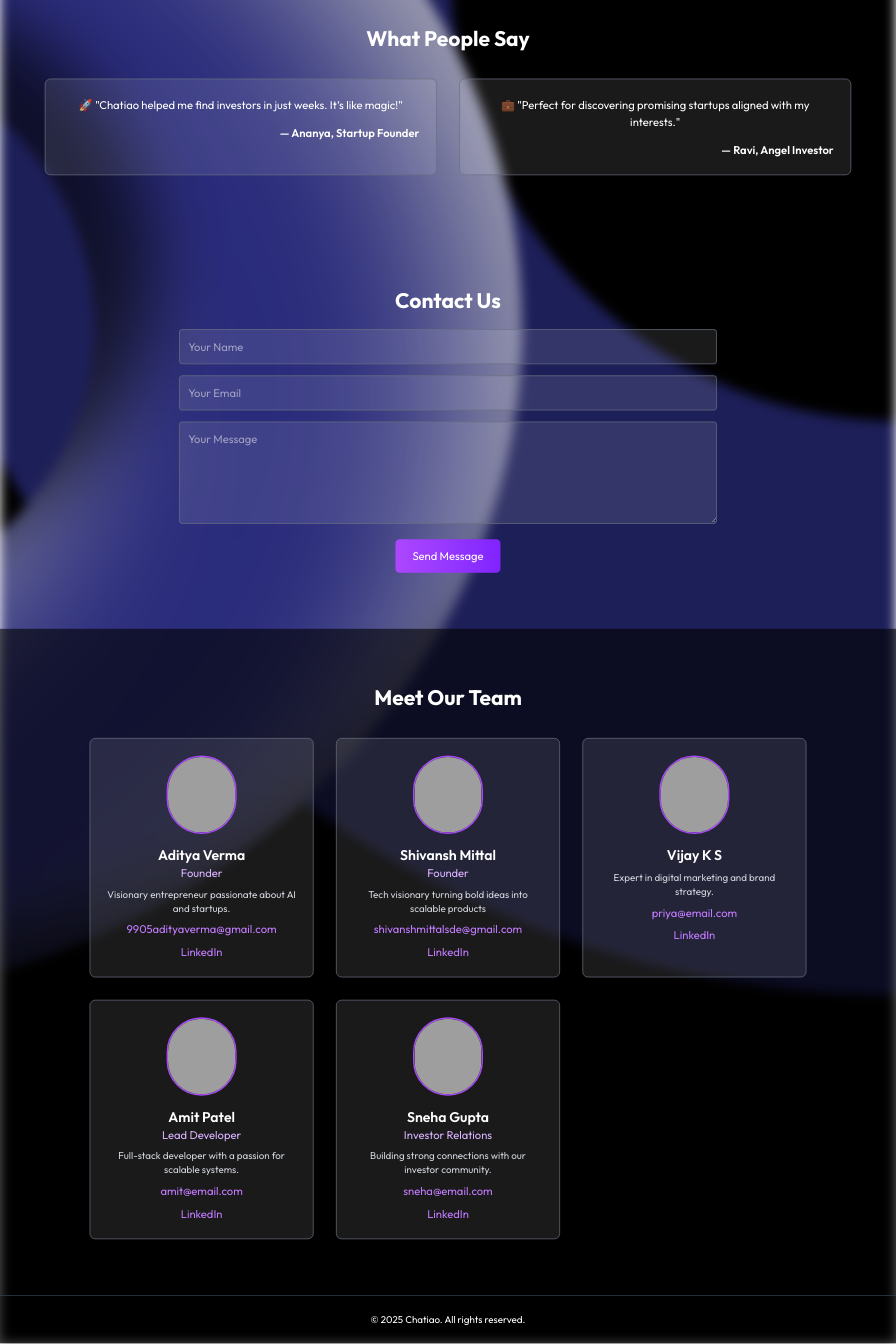
Repository: ishivxnshh/AI-Based-Investor-Startup-Matchmaking-Platform
Page: / (app in client/)
The author's editor kept a copy of each file at every save. The page is drawn from the files as they stood at one save, then again after the next save.
The browser window is 1280 px wide. The pictures show the part of the page from y = 1645 to 3565 px (the page is 3565 px tall), at 70% of full size.
Pictures or frames that could not be fetched are drawn as grey boxes. The project was rebuilt for these pictures with package versions that can differ from the ones it lists, and the page was loaded fresh each time. Also part of the build but not shown: client/vite.config.js, client/src/components/ProtectedRoute.jsx, client/src/components/AuthLayout.jsx, client/src/pages/Login.jsx, client/src/pages/Signup.jsx, client/src/pages/InvestorForm.jsx, client/src/pages/Matches.jsx, client/src/lib/util.js and 10 more.

Above is the page before, as saved 2025-07-17 21:01:48.

### client/index.html
<!doctype html>
<html lang="en">
  <head>
    <meta charset="UTF-8" />
    <link rel="icon" type="image/svg+xml" href="/favicon.svg" />
    <meta name="viewport" content="width=device-width, initial-scale=1.0" />
    <title>Chatiao</title>
  </head>
  <body>
    <div id="root"></div>
    <script type="module" src="/src/main.jsx"></script>
  </body>
</html>

### client/src/main.jsx
import { createRoot } from 'react-dom/client'
import './index.css'
import App from './App.jsx'
import {BrowserRouter} from 'react-router-dom';

createRoot(document.getElementById('root')).render(
  <BrowserRouter>
    <App />
  </BrowserRouter>,
)

### client/src/App.jsx
import Routing from './Routing'

const App = () => {
  return <Routing />
}

export default App

### client/src/Routing.jsx
import { Routes, Route } from 'react-router-dom'
import ProtectedRoute from './components/ProtectedRoute'

// Import all page components
import LandingPage from './pages/LandingPage'
import Login from './pages/Login'
import Register from './pages/Signup'
import StartupForm from './pages/StartupForm'
import InvestorForm from './pages/InvestorForm'
import Matches from './pages/Matches'
import ChatPage from './pages/ChatPage'
import StartupDashboard from './pages/StartupDashboard'
import InvestorDashboard from './pages/InvestorDashboard'
import StartupsSearch from './pages/StartupsSearch'
import InvestorProfileSettings from './pages/InvestorProfileSettings'
import StartupsDetails from './pages/StartupsDetails'

const Routing = () => {
  return (
    <Routes>
      <Route path="/" element={<LandingPage />} />
      <Route path="/login" element={<Login />} />
      <Route path="/register" element={<Register />} />
      <Route path="/startup-form" element={<StartupForm />} />
      <Route path="/investor-form" element={<InvestorForm />} />

      {/* Protected routes */}
      <Route element={<ProtectedRoute role="startup" />}>
        <Route path="/startup-dashboard" element={<StartupDashboard />} />
      </Route>

      <Route element={<ProtectedRoute role="investor" />}>
        <Route path="/investor-dashboard" element={<InvestorDashboard />} />
        <Route path="/investor-profile-settings" element={<InvestorProfileSettings />} />
      </Route>

      {/* Common protected routes */}
      <Route path="/matches" element={<Matches />} />
      <Route path="/chat" element={<ChatPage />} />
      <Route path="/startupssearch" element={<StartupsSearch />} />
      <Route path="/startupsdetails/:id" element={<StartupsDetails />} />
    </Routes>
  )
}

export default Routing

### client/src/pages/LandingPage.jsx
import React from 'react'
import { useNavigate } from 'react-router-dom'
import assets from '../assets/assets'

const LandingPage = () => {
  const navigate = useNavigate()

  return (
    <div className="relative min-h-screen w-full overflow-hidden text-white flex flex-col">
      {/* Background Layer */}
      <div className="absolute inset-0 bg-[url('/src/assets/bgImage.svg')] bg-repeat-y bg-cover bg-center blur-sm brightness-75"></div>

      {/* Main Content */}
      <div className="relative z-10 flex-1 w-full">
        {/* Navbar */}
        <header className="flex justify-between items-center px-6 py-4 max-w-7xl mx-auto">
          <div className="flex items-center gap-2">
            <img src={assets.logo} alt="Logo" className="w-10 h-10" />
            <span className="text-2xl font-bold">Chatiao</span>
          </div>
          <nav className="flex items-center gap-6 text-sm font-medium">
            <button onClick={() => navigate('/login')} className="hover:text-purple-300 cursor-pointer">Login</button>
            <button
              onClick={() => navigate('/register')}
              className="bg-gradient-to-r from-purple-500 to-violet-600 px-4 py-2 rounded-md text-white cursor-pointer"
            >
              Get Started
            </button>
          </nav>
        </header>

        {/* Hero Section */}
        <section className="flex flex-col items-center justify-center text-center py-24 px-4 max-w-4xl mx-auto">
          <h1 className="text-4xl sm:text-5xl font-bold leading-tight">
            Connecting Innovative Startups <br /> with Visionary Investors
          </h1>
          <p className="mt-6 text-gray-300 text-lg">
            Discover funding opportunities or invest in groundbreaking ideas through our intelligent matchmaking platform.
          </p>
          <div className="mt-8 flex flex-col sm:flex-row gap-4">
            <button
              onClick={() => navigate('/register')}
              className="bg-gradient-to-r from-purple-500 to-violet-600 px-6 py-3 rounded-md font-medium"
            >
              Join Now
            </button>
            <button
              onClick={() => navigate('/login')}
              className="border border-gray-400 px-6 py-3 rounded-md font-medium"
            >
              Login
            </button>
            <a
              href="#contact-team"
              className="border border-purple-500 text-purple-300 px-6 py-3 rounded-md font-medium hover:bg-purple-500 hover:text-white transition"
            >
              Contact
            </a>
          </div>
        </section>

        {/* AI-based Investor & Startup Previous Meet Section */}
        <section className="flex flex-col items-center justify-center py-12 px-4 max-w-4xl mx-auto">
          <h2 className="text-2xl sm:text-3xl font-bold mb-4 text-center">AI-Powered Investor & Startup Connections</h2>
          <p className="text-gray-300 text-center mb-6 max-w-2xl">
            Our platform has already facilitated impactful meetings between visionary investors and innovative startups. Here’s a glimpse of how AI brings people together for the future of entrepreneurship.
          </p>
          <div className="grid grid-cols-1 sm:grid-cols-2 gap-6 items-center justify-center w-full">
            <div className="flex flex-col items-center">
              <img
                src="https://images.unsplash.com/photo-1506744038136-46273834b3fb?auto=format&fit=crop&w=800&q=80"
                alt="AI-based Investor and Startup Meeting"
                className="rounded-lg shadow-lg w-full max-w-xs border-4 border-purple-500"
                style={{objectFit: 'cover', height: '220px'}}
              />
              <span className="text-xs text-gray-400 mt-2">Investor and Startup handshake (AI-generated)</span>
            </div>
            <div className="flex flex-col items-center">
              <img
                src="https://img.freepik.com/premium-photo/diverse-business-team-collaborating-modern-office_875825-52442.jpg"
                alt="Startup Team Collaboration"
                className="rounded-lg shadow-lg w-full max-w-xs border-4 border-purple-500"
                style={{objectFit: 'cover', height: '220px'}}
              />
              <span className="text-xs text-gray-400 mt-2">Startup team collaborating with investor </span>
            </div>
            <div className="flex flex-col items-center">
              <img
                src="https://images.unsplash.com/photo-1461749280684-dccba630e2f6?auto=format&fit=crop&w=800&q=80"
                alt="Pitch Presentation"
                className="rounded-lg shadow-lg w-full max-w-xs border-4 border-purple-500"
                style={{objectFit: 'cover', height: '220px'}}
              />
              <span className="text-xs text-gray-400 mt-2">Pitching ideas to investors</span>
            </div>
            <div className="flex flex-col items-center">
              <img
                src="https://images.unsplash.com/photo-1521737852567-6949f3f9f2b5?auto=format&fit=crop&w=800&q=80"
                alt="Investor Discussion"
                className="rounded-lg shadow-lg w-full max-w-xs border-4 border-purple-500"
                style={{objectFit: 'cover', height: '220px'}}
              />
              <span className="text-xs text-gray-400 mt-2">Investors discussing with startup founders </span>
            </div>
          </div>
        </section>

        {/* About Section */}
        <section id="about" className="px-4 py-20 flex justify-center">
          <div className="max-w-4xl w-full text-center">
            <h2 className="text-3xl font-bold mb-4">About Us</h2>
            <p className="text-gray-300 leading-relaxed text-lg">
              Our platform bridges the gap between visionaries with brilliant startup ideas and investors
              who are looking to fund the next big innovation. With an intuitive AI-based matchmaking system,
              Chatiao personalizes connections and accelerates the startup journey.
            </p>
          </div>
        </section>

        {/* Testimonials Section */}
        <section id="testimonials" className="px-4 py-20 flex justify-center">
          <div className="max-w-6xl w-full text-center">
            <h2 className="text-3xl font-bold mb-10">What People Say</h2>
            <div className="grid md:grid-cols-2 gap-8">
              <div className="bg-white/10 p-6 rounded-lg border border-gray-500">
                <p className="text-md">🚀 "Chatiao helped me find investors in just weeks. It’s like magic!"</p>
                <p className="mt-4 font-semibold text-right">— Ananya, Startup Founder</p>
              </div>
              <div className="bg-white/10 p-6 rounded-lg border border-gray-500">
                <p className="text-md">💼 "Perfect for discovering promising startups aligned with my interests."</p>
                <p className="mt-4 font-semibold text-right">— Ravi, Angel Investor</p>
              </div>
            </div>
          </div>
        </section>

        {/* Contact Section */}
        <section id="contact" className="px-4 py-20 flex justify-center">
          <div className="max-w-3xl w-full text-center">
            <h2 className="text-3xl font-bold mb-6">Contact Us</h2>
            <form className="space-y-4">
              <input
                type="text"
                placeholder="Your Name"
                className="w-full p-3 rounded bg-white/10 border border-gray-500 text-white focus:outline-none"
              />
              <input
                type="email"
                placeholder="Your Email"
                className="w-full p-3 rounded bg-white/10 border border-gray-500 text-white focus:outline-none"
              />
              <textarea
                placeholder="Your Message"
                rows={5}
                className="w-full p-3 rounded bg-white/10 border border-gray-500 text-white focus:outline-none"
              />
              <button type="submit" className="bg-gradient-to-r from-purple-500 to-violet-600 px-6 py-3 rounded-md">
                Send Message
              </button>
            </form>
          </div>
        </section>

        {/* Contact Team Section */}
        <section id="contact-team" className="px-4 py-20 flex justify-center bg-black/60">
          <div className="max-w-5xl w-full text-center">
            <h2 className="text-3xl font-bold mb-10">Meet Our Team</h2>
            <div className="grid grid-cols-1 sm:grid-cols-2 md:grid-cols-3 gap-8 justify-items-center">
              <div className="bg-white/10 p-6 rounded-lg border border-gray-500 w-full max-w-xs">
                <img src="https://i.ibb.co/PzgvcL73/IMG-20250717-WA0017.jpg" alt="Aditya Verma" className="w-25 h-28 rounded-full mx-auto mb-4 border-2 border-purple-500" />
                <h3 className="text-xl font-semibold">Aditya Verma</h3>
                <p className="text-purple-300">Founder</p>
                <p className="text-gray-300 text-sm mt-2">Visionary entrepreneur passionate about AI and startups.</p>
                <a href="mailto:9905adityaverma@gmail.com" className="text-purple-400 hover:underline mt-2 block">9905adityaverma@gmail.com</a>
                <a href="https://www.linkedin.com/in/aditya-verma-2a3915289/" className="text-purple-400 hover:underline mt-2 block">LinkedIn</a>
              </div>
              <div className="bg-white/10 p-6 rounded-lg border border-gray-500 w-full max-w-xs">
                <img src="https://randomuser.me/api/portraits/men/45.jpg" alt="Shivansh Mittal" className="w-25 h-28 rounded-full mx-auto mb-4 border-2 border-purple-500" />
                <h3 className="text-xl font-semibold">Shivansh Mittal</h3>
                <p className="text-purple-300">Founder</p>
                <p className="text-gray-300 text-sm mt-2">Tech visionary turning bold ideas into scalable products</p>
                <a href="mailto:shivanshmittalsde@gmail.com" className="text-purple-400 hover:underline mt-2 block">shivanshmittalsde@gmail.com</a>
                <a href="https://www.linkedin.com/in/ishivxnshh " className="text-purple-400 hover:underline mt-2 block">LinkedIn</a>
              </div>
              <div className="bg-white/10 p-6 rounded-lg border border-gray-500 w-full max-w-xs">
                <img src="https://randomuser.me/api/portraits/women/68.jpg" alt="Priya Singh" className="w-25 h-28 rounded-full mx-auto mb-4 border-2 border-purple-500" />
                <h3 className="text-xl font-semibold">Vijay K S</h3>
                <p className="text-purple-300"></p>
                <p className="text-gray-300 text-sm mt-2">Expert in digital marketing and brand strategy.</p>
                <a href="mailto:priya@email.com" className="text-purple-400 hover:underline mt-2 block">priya@email.com</a>
                <a href="https://www.linkedin.com/in/aditya-verma-2a3915289/" className="text-purple-400 hover:underline mt-2 block">LinkedIn</a>
              </div>
              <div className="bg-white/10 p-6 rounded-lg border border-gray-500 w-full max-w-xs">
                <img src="https://randomuser.me/api/portraits/men/77.jpg" alt="Amit Patel" className="w-25 h-28 rounded-full mx-auto mb-4 border-2 border-purple-500" />
                <h3 className="text-xl font-semibold">Amit Patel</h3>
                <p className="text-purple-300">Lead Developer</p>
                <p className="text-gray-300 text-sm mt-2">Full-stack developer with a passion for scalable systems.</p>
                <a href="mailto:amit@email.com" className="text-purple-400 hover:underline mt-2 block">amit@email.com</a>
                <a href="https://www.linkedin.com/in/aditya-verma-2a3915289/" className="text-purple-400 hover:underline mt-2 block">LinkedIn</a>
              </div>
              <div className="bg-white/10 p-6 rounded-lg border border-gray-500 w-full max-w-xs">
                <img src="https://randomuser.me/api/portraits/women/12.jpg" alt="Sneha Gupta" className="w-25 h-28 rounded-full mx-auto mb-4 border-2 border-purple-500" />
                <h3 className="text-xl font-semibold">Sneha Gupta</h3>
                <p className="text-purple-300">Investor Relations</p>
                <p className="text-gray-300 text-sm mt-2">Building strong connections with our investor community.</p>
                <a href="mailto:sneha@email.com" className="text-purple-400 hover:underline mt-2 block">sneha@email.com</a>
                <a href="https://www.linkedin.com/in/aditya-verma-2a3915289/" className="text-purple-400 hover:underline mt-2 block">LinkedIn</a>
              </div>
            </div>
          </div>
        </section>
      </div>

      {/* Footer */}
      <footer className="text-center text-sm py-6 bg-black/70 border-t border-gray-700 relative z-10">
        © {new Date().getFullYear()} Chatiao. All rights reserved.
      </footer>
    </div>
  )
}

export default LandingPage

### client/server/models/StartupForm.js
import mongoose from 'mongoose';

const StartupFormSchema = new mongoose.Schema({
  userId: { type: mongoose.Schema.Types.ObjectId, ref: 'User', required: true },
  startupName: String,
  websiteUrl: String,
  founderNames: String,
  email: String,
  phone: String,
  linkedinProfiles: String,
  numberOfFounders: String,
  teamSize: String,
  founderBackground: String,
  previousStartupExperience: Boolean,
  teamSkills: [String],
  industry: [String],
  problemStatement: String,
  productDescription: String,
  businessModel: String,
  techStack: String,
  startupStage: String,
  monthlyRevenue: String,
  activeUsers: String,
  fundingRaised: String,
  customerRetention: String,
  growthRate: String,
  fundingAmount: String,
  useOfFunds: [String],
  fundingRoundType: String,
  equityOffering: String,
  headquarters: String,
  operatingMarkets: [String],
  expansionPlan: String,
  createdAt: { type: Date, default: Date.now }
});

export default mongoose.model('StartupForm', StartupFormSchema);

### client/src/assets/assets.js
import avatar_icon from './avatar_icon.png'
import gallery_icon from './gallery_icon.svg'
import help_icon from './help_icon.png'
import logo from './logo.svg'
import profile_richard from './profile_richard.png'
import search_icon from './search_icon.png'
import send_button from './send_button.svg'
import menu_icon from './menu_icon.png'
import arrow_icon from './arrow_icon.png'
import bgImage from './bgImage.svg'
import pic1 from './pic1.png'
import pic2 from './pic2.png'
import pic3 from './pic3.png'
import pic4 from './pic4.png'
import img1 from './img1.jpg'
import img2 from './img2.jpg'
import chat_icon from './chat_icon.svg'

const assets = {
    avatar_icon,
    gallery_icon,
    help_icon,
    logo,
    search_icon,
    send_button,
    menu_icon,
    arrow_icon,
    bgImage,
    profile_richard,
    chat_icon
}

export default assets;

export const imagesDummyData = [pic1, pic2, pic3, pic4, pic1, pic2]

export const userDummyData = [
    {
        "_id": "680f516cf10f3cd28382ed11",
        "email": "test5@greatstack.dev",
        "fullName": "Richard Smith",
        "profilePic": profile_richard,
        "bio": "Hi Everyone, I am Using QuickChat",
    }
]

export const messagesDummyData = [
    {
        "_id": "680f571ff10f3cd28382f094",
        "senderId": "680f5116f10f3cd28382ed02",
        "receiverId": "680f50e4f10f3cd28382ecf9",
        "text": "Lorem ipsum dolor sit amet, consectetur adipiscing elit.",
        "seen": true,
        "createdAt": "2025-04-28T10:23:27.844Z",
    },
    {
        "_id": "680f5726f10f3cd28382f0b1",
        "senderId": "680f50e4f10f3cd28382ecf9",
        "receiverId": "680f5116f10f3cd28382ed02",
        "text": "Lorem ipsum dolor sit amet, consectetur adipiscing elit.",
        "seen": true,
        "createdAt": "2025-04-28T10:23:34.520Z",
    },
    {
        "_id": "680f5729f10f3cd28382f0b6",
        "senderId": "680f5116f10f3cd28382ed02",
        "receiverId": "680f50e4f10f3cd28382ecf9",
        "text": "Lorem ipsum dolor sit amet, consectetur adipiscing elit.",
        "seen": true,
        "createdAt": "2025-04-28T10:23:37.301Z",
    },
    {
        "_id": "680f572cf10f3cd28382f0bb",
        "senderId": "680f50e4f10f3cd28382ecf9",
        "receiverId": "680f5116f10f3cd28382ed02",
        "text": "Lorem ipsum dolor sit amet, consectetur adipiscing elit.",
        "seen": true,
        "createdAt": "2025-04-28T10:23:40.334Z",
    },
    {
        "_id": "680f573cf10f3cd28382f0c0",
        "senderId": "680f50e4f10f3cd28382ecf9",
        "receiverId": "680f5116f10f3cd28382ed02",
        "image": img1,
        "seen": true,
        "createdAt": "2025-04-28T10:23:56.265Z",
    },
    {
        "_id": "680f5745f10f3cd28382f0c5",
        "senderId": "680f5116f10f3cd28382ed02",
        "receiverId": "680f50e4f10f3cd28382ecf9",
        "image": img2,
        "seen": true,
        "createdAt": "2025-04-28T10:24:05.164Z",
    },
    {
        "_id": "680f5748f10f3cd28382f0ca",
        "senderId": "680f5116f10f3cd28382ed02",
        "receiverId": "680f50e4f10f3cd28382ecf9",
        "text": "Lorem ipsum dolor sit amet, consectetur adipiscing elit.",
        "seen": true,
        "createdAt": "2025-04-28T10:24:08.523Z",
    }
]

Loaded but not shown: client/src/index.css (common file)

After the next save:
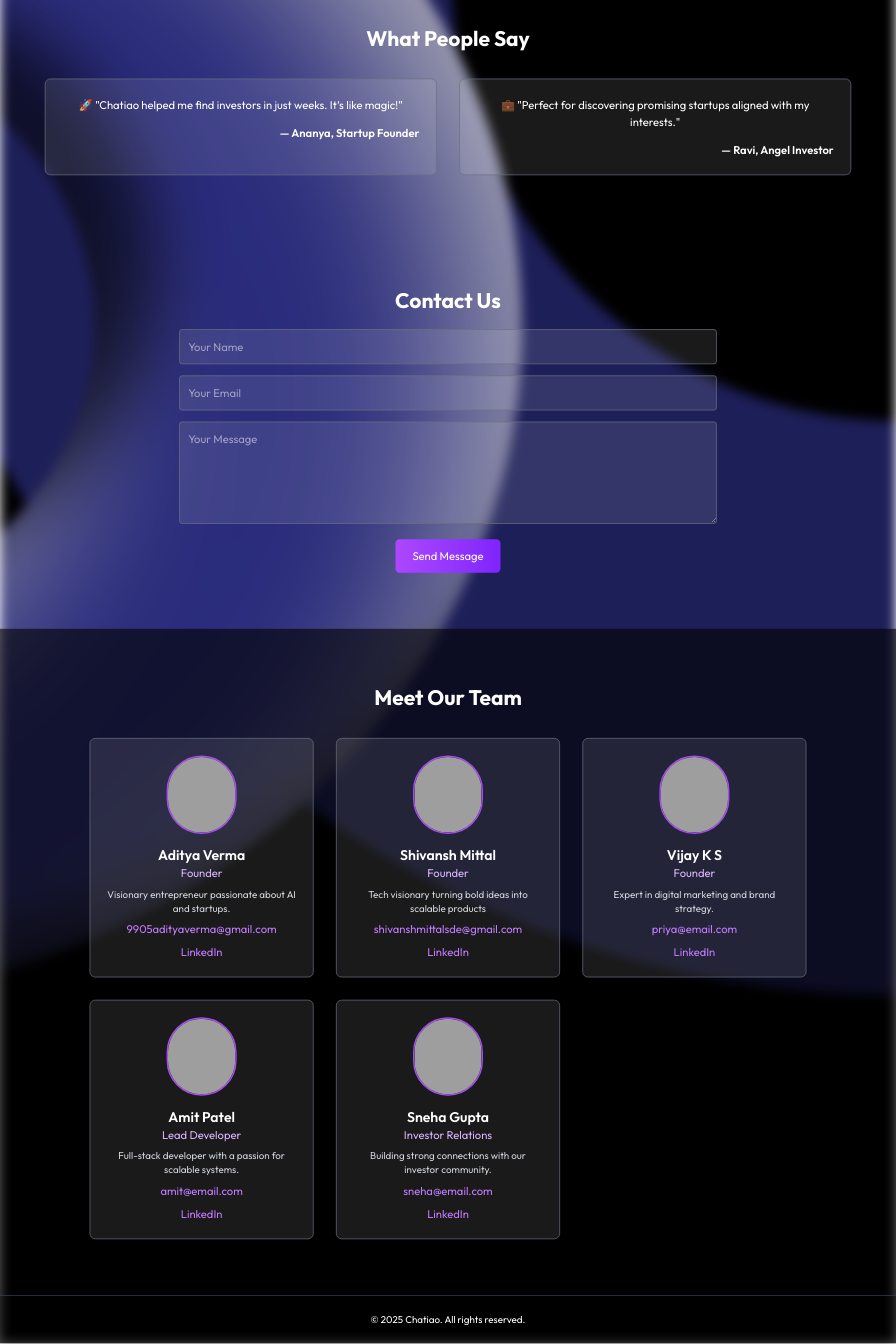
Saved 5 s later.
--- a/client/src/pages/LandingPage.jsx
+++ b/client/src/pages/LandingPage.jsx
@@ -185,7 +185,7 @@
               <div className="bg-white/10 p-6 rounded-lg border border-gray-500 w-full max-w-xs">
                 <img src="https://randomuser.me/api/portraits/women/68.jpg" alt="Priya Singh" className="w-25 h-28 rounded-full mx-auto mb-4 border-2 border-purple-500" />
                 <h3 className="text-xl font-semibold">Vijay K S</h3>
-                <p className="text-purple-300"></p>
+                <p className="text-purple-300">Founder</p>
                 <p className="text-gray-300 text-sm mt-2">Expert in digital marketing and brand strategy.</p>
                 <a href="mailto:priya@email.com" className="text-purple-400 hover:underline mt-2 block">priya@email.com</a>
                 <a href="https://www.linkedin.com/in/aditya-verma-2a3915289/" className="text-purple-400 hover:underline mt-2 block">LinkedIn</a>
